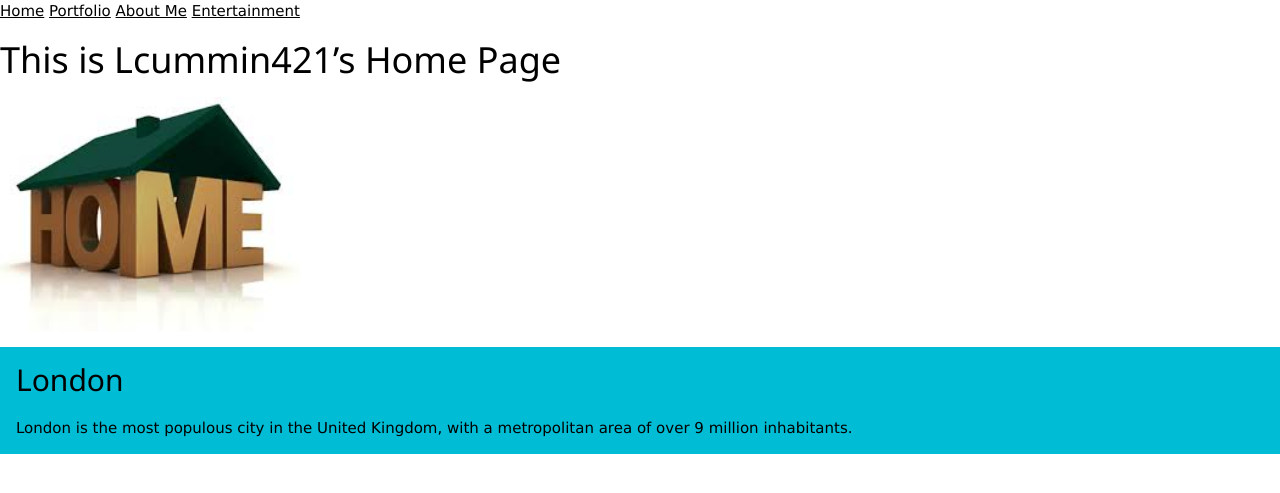
Repository: Lcummin421/Lcummin421.github.io
Page: my_website/index.html
The author's editor kept a record of every edit. The page is drawn from the files as they stood at one moment, then again after the next edit.
The browser window is 1280 px wide. The pictures show the whole page.

Above is the page before.

After the next edit:
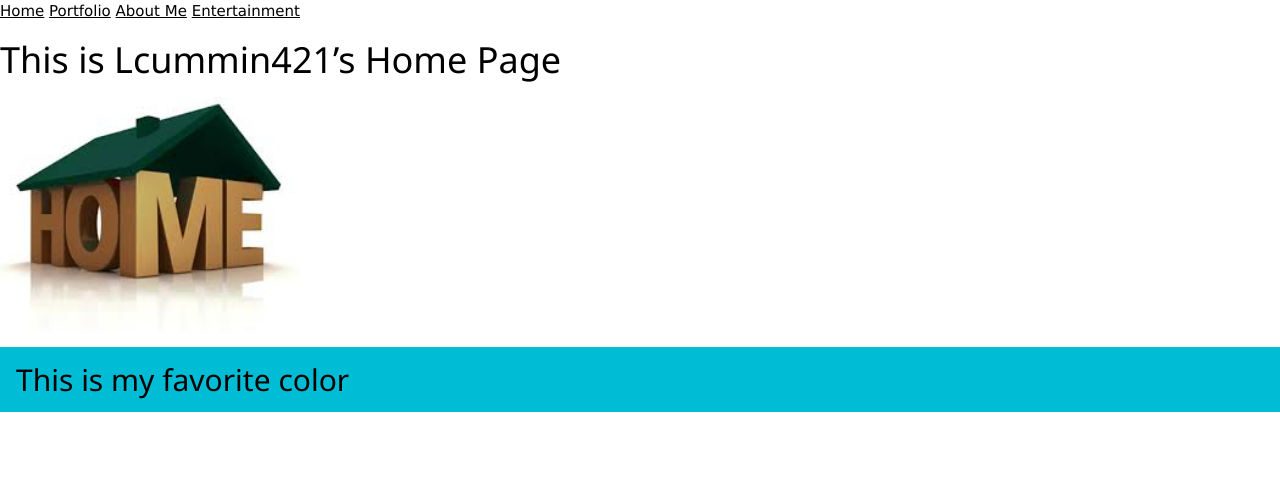
The edit:
--- a/my_website/index.html
+++ b/my_website/index.html
@@ -19,8 +19,7 @@
 <body>
 
 <div class="w3-container w3-cyan">
-  <h2>London</h2>
-  <p>London is the most populous city in the United Kingdom, with a metropolitan area of over 9 million inhabitants.</p>
+  <h2>This is my favorite color</h2>
 </div>
 
 </body>
